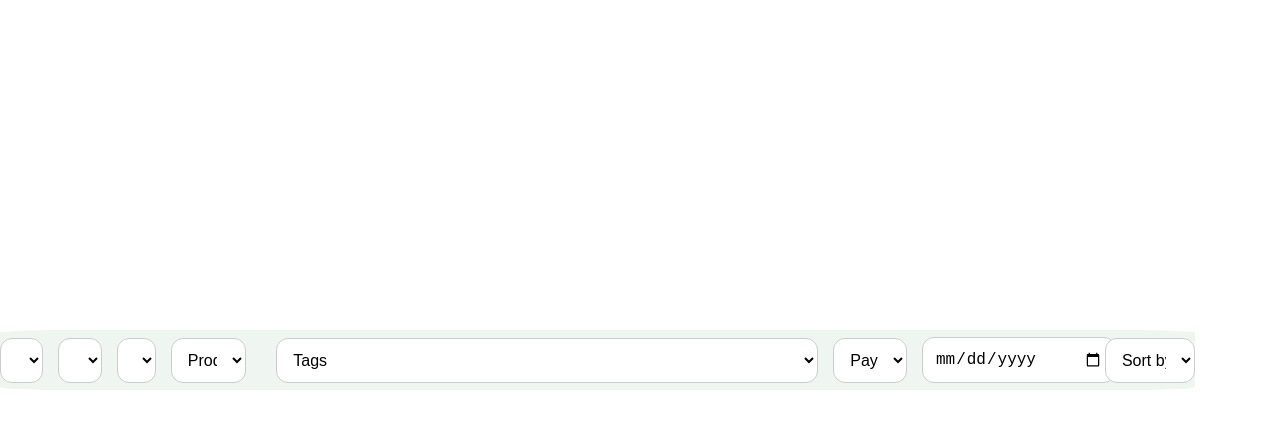
Repository: SandeepYadav18717/TruEstae
Page: / (app in TruEstae/)
An editor plug-in stored every save of this project. The page is shown before and after the next save, followed by the edit.
The browser window is 1280 px wide. The pictures show the whole page.
The project was rebuilt for these pictures with package versions that can differ from the ones it lists, and the page was loaded fresh each time. Also part of the build but not shown: TruEstae/vite.config.js, TruEstae/src/App.css, TruEstae/src/Styles/Logo.css, TruEstae/src/Pages/Logo.jsx, TruEstae/src/Styles/search_bar.css, TruEstae/src/components/search_bar.jsx.

Above is the page before, as saved 2025-12-07 01:16:20.

After the next save:
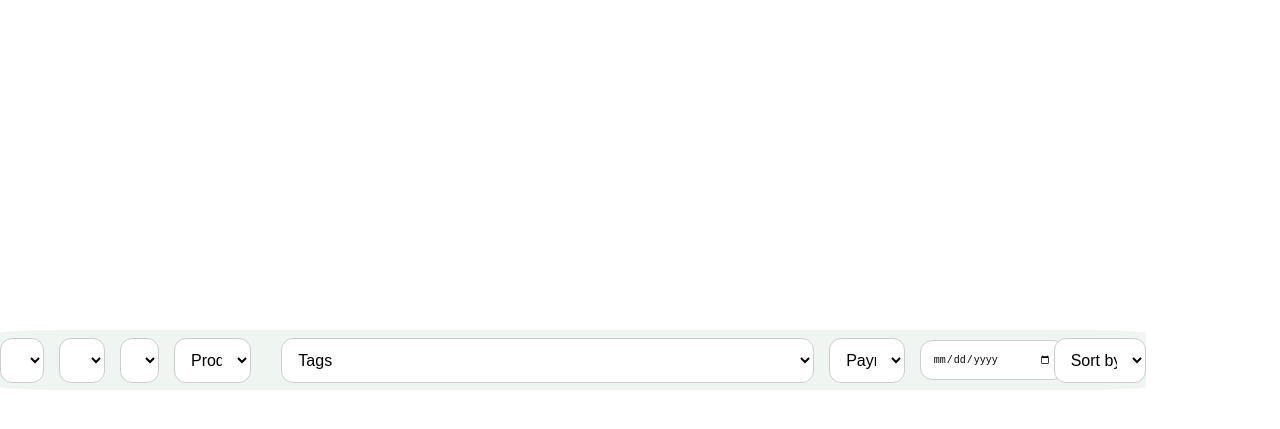
Saved 32 s later.
--- a/TruEstae/src/Styles/Home.css
+++ b/TruEstae/src/Styles/Home.css
@@ -37,7 +37,7 @@
   border-radius: 12px;       /* curved corners */
   border: 1px solid #ccc;
   background: #fff;
-  font-size: 16px;
+  font-size: 10px;
   outline: none;
   transition: 0.2s;
 }

After the save that followed:
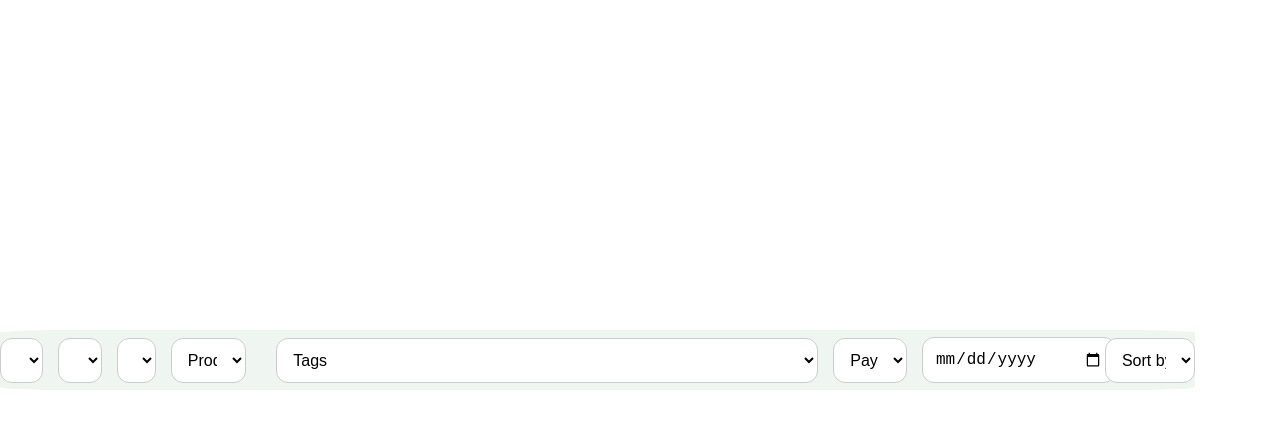
Saved 17 s later.
--- a/TruEstae/src/Styles/Home.css
+++ b/TruEstae/src/Styles/Home.css
@@ -37,7 +37,7 @@
   border-radius: 12px;       /* curved corners */
   border: 1px solid #ccc;
   background: #fff;
-  font-size: 10px;
+  font-size: 16px;
   outline: none;
   transition: 0.2s;
 }
